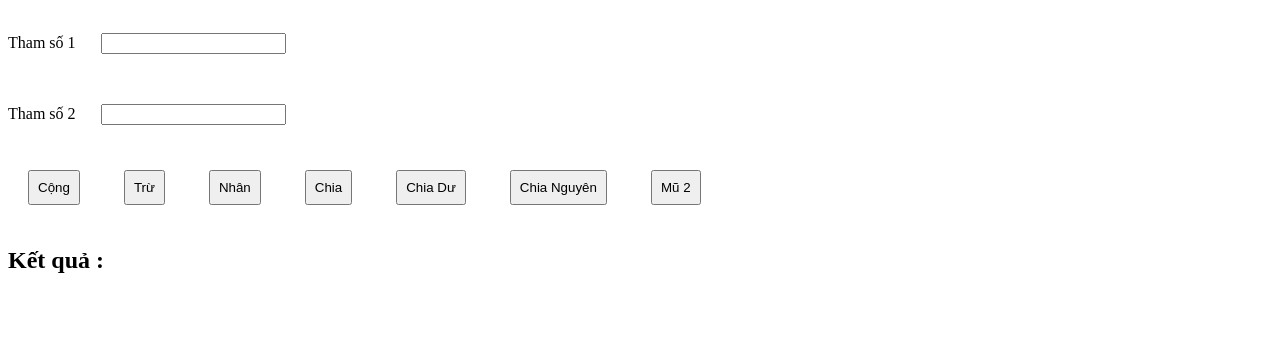
Repository: Toni3498/JsCourse
Page: number/calc.html
The author's editor kept a copy of each file at every save. The page is drawn from the files as they stood at one save, then again after the next save.
The browser window is 1280 px wide. The pictures show the whole page.

Above is the page before, as saved 2021-08-17 19:38:56.

After the next save:
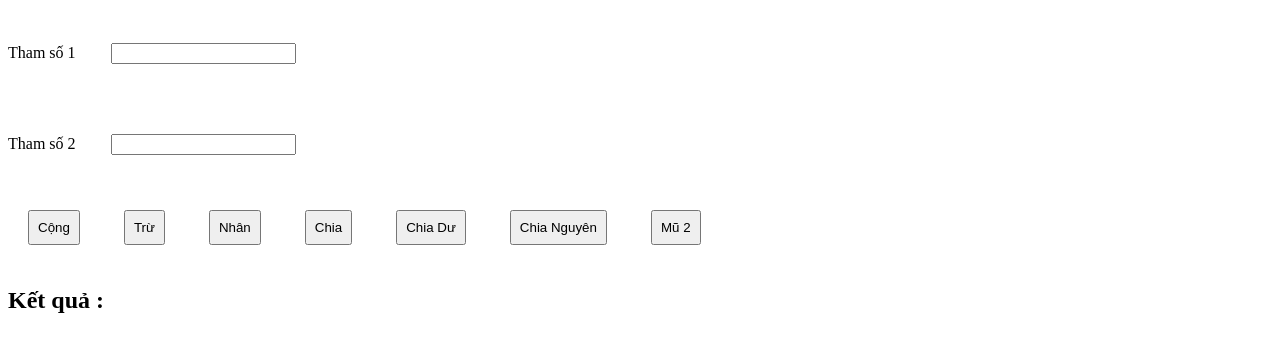
Saved 53 s later.
--- a/number/style.css
+++ b/number/style.css
@@ -1,5 +1,5 @@
 .input input {
-  margin: 25px;
+  margin: 35px;
 }
 .optionCalc button {
   margin: 20px;
